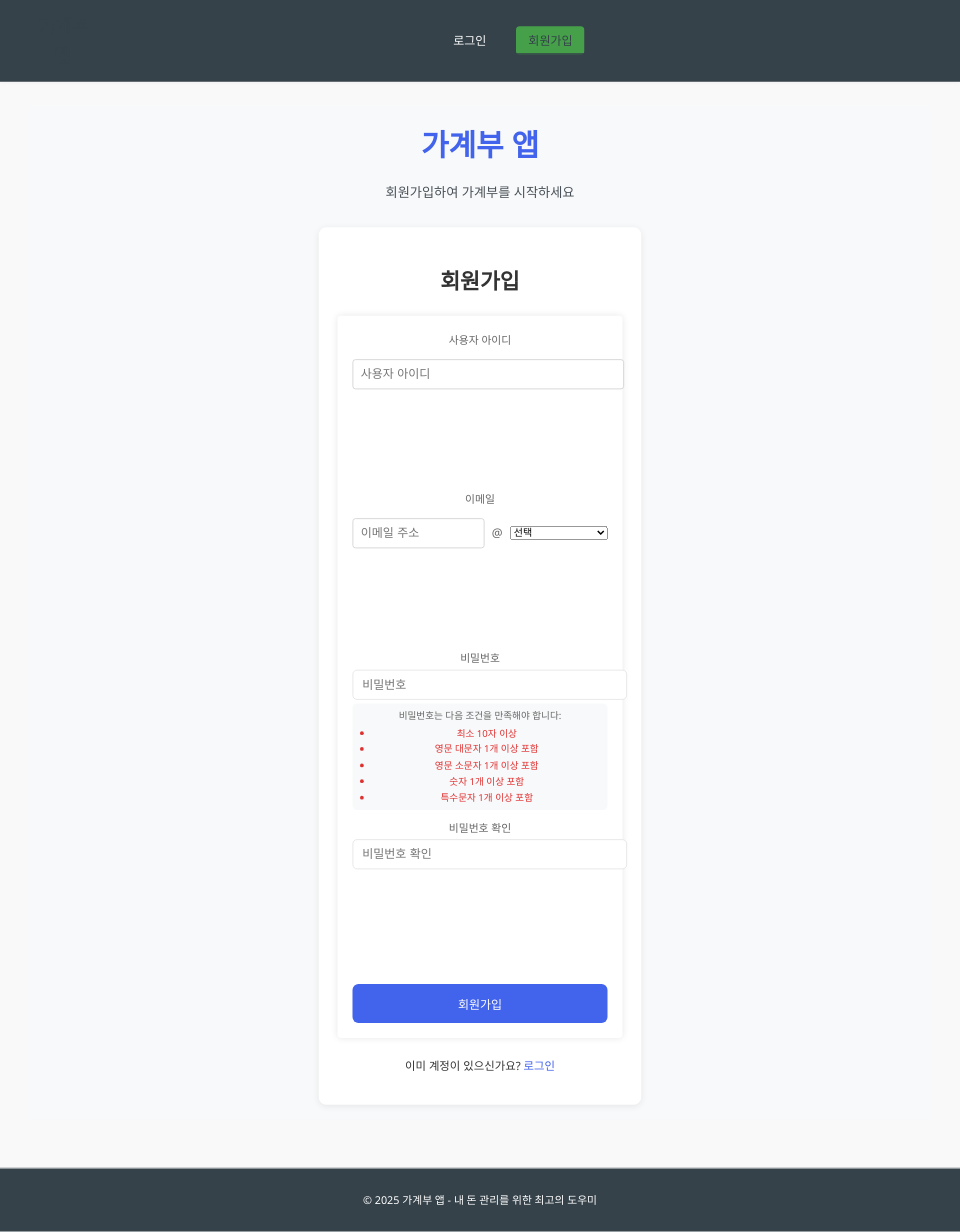
Repository: dldnwls07/Register_Login_Form
Page: /register
These files come from the project's save history. The page is drawn as it stood at one moment and after the next save; the edit follows.
The browser window is 1280 px wide. The pictures show the whole page, at 75% of full size.
The project was rebuilt for these pictures with package versions that can differ from the ones it lists, and the page was loaded fresh each time. Also part of the build but not shown: src/components/Summary.jsx, src/styles/pages/MainPage.css, src/pages/MainPage.jsx, src/utils/categoryData.js, src/components/CategorySelector.jsx, src/components/EntryForm.jsx, src/components/EntryTable.jsx, src/components/SearchBar.jsx and 15 more.

Above is the page before, as saved 2025-05-23 14:09:50.

### public/index.html
<!DOCTYPE html>
<html lang="en">
<head>
    <meta charset="UTF-8">
    <meta name="viewport" content="width=device-width, initial-scale=1.0">
    <title>My Money App</title>
</head>
<body>
    <div id="root"></div>
</body>
</html>

### src/styles/App.css
/* Added CSS variables for theme */
:root {
  --background-light: #f9f9f9;
  --background-dark: #121212;
  --text-light: #333;
  --text-dark: #eee;
  --primary-color: #35424a;
  --accent-color: #45a049;
  --border-radius: 5px;
  --box-shadow: 0 0 10px rgba(0, 0, 0, 0.1);
}

body {
  font-family: 'Segoe UI', Tahoma, Geneva, Verdana, sans-serif;
  background-color: var(--background-light);
  color: var(--text-light);
  margin: 0;
  padding: 0;
}

.dark body {
  background-color: var(--background-dark);
  color: var(--text-dark);
}

.container {
    width: 80%;
    margin: auto;
    overflow: hidden;
}

header {
    background: #35424a;
    color: #ffffff;
    padding: 10px 0;
    text-align: center;
}

h1 {
    margin: 0;
}

form {
    background: #ffffff;
    padding: 20px;
    border-radius: 5px;
    box-shadow: 0 0 10px rgba(0, 0, 0, 0.1);
}

input[type="text"],
input[type="number"] {
    width: 100%;
    padding: 10px;
    margin: 10px 0;
    border: 1px solid #ccc;
    border-radius: 4px;
}

button {
    background: #35424a;
    color: #ffffff;
    border: none;
    padding: 10px 15px;
    border-radius: 5px;
    cursor: pointer;
}

button:hover {
    background: #45a049;
}

.table {
    width: 100%;
    margin-top: 20px;
    border-collapse: collapse;
}

.table th,
.table td {
    border: 1px solid #ddd;
    padding: 8px;
}

.table th {
    background-color: #35424a;
    color: white;
}

.summary {
    background: #ffffff;
    padding: 20px;
    border-radius: 5px;
    box-shadow: 0 0 10px rgba(0, 0, 0, 0.1);
    margin-top: 20px;
}

.pie-chart {
    margin-top: 20px;
}

/* Added media query for responsiveness */
@media (max-width: 768px) {
  .entry-form {
    flex-direction: column;
  }
}

/* 앱 레이아웃 스타일 */
.App {
  display: flex;
  flex-direction: column;
  min-height: 100vh;
}

.App-header {
  background-color: var(--primary-color);
  color: white;
  padding: 1rem 0;
  text-align: center;
}

.App-content {
  flex: 1;
  padding: 2rem;
  max-width: 1200px;
  margin: 0 auto;
  width: 100%;
}

.App-footer {
  background-color: var(--primary-color);
  color: white;
  text-align: center;
  padding: 1rem 0;
  margin-top: 2rem;
}

/* 네비게이션 스타일 */
.main-navigation {
  background-color: var(--primary-color);
  padding: 0.5rem 0;
}

.nav-links {
  display: flex;
  justify-content: center;
  gap: 1.5rem;
  padding: 0;
  margin: 0;
}

.nav-links a {
  color: white;
  text-decoration: none;
  padding: 0.5rem 1rem;
  border-radius: var(--border-radius);
  transition: background-color 0.3s;
}

.nav-links a:hover, .nav-links a.active {
  background-color: var(--accent-color);
}

/* 카드 스타일 */
.navigation-links {
  display: grid;
  grid-template-columns: repeat(auto-fit, minmax(300px, 1fr));
  gap: 2rem;
  margin-top: 2rem;
}

.nav-card {
  background-color: white;
  padding: 1.5rem;
  border-radius: var(--border-radius);
  box-shadow: var(--box-shadow);
  transition: transform 0.3s, box-shadow 0.3s;
}

.nav-card:hover {
  transform: translateY(-5px);
  box-shadow: 0 10px 20px rgba(0, 0, 0, 0.15);
}

.nav-link {
  text-decoration: none;
  color: var(--text-light);
}

/* 페이지 스타일 */
.main-page, .spending-page, .goal-page, .analysis-page {
  padding: 1rem 0;
}

.back-link {
  margin-bottom: 2rem;
}

.back-link a {
  color: var(--primary-color);
  text-decoration: none;
  display: flex;
  align-items: center;
  gap: 0.5rem;
}

.back-link a:hover {
  text-decoration: underline;
}

/* 콘텐츠 레이아웃 */
.spending-content, .goal-content, .analysis-content {
  display: grid;
  grid-template-columns: 1fr;
  gap: 2rem;
}

@media (min-width: 768px) {
  .spending-content, .goal-content, .analysis-content {
    grid-template-columns: repeat(2, 1fr);
  }
}

### src/pages/auth/RegisterPage.jsx
import React from 'react';
import { useNavigate } from 'react-router-dom';
import RegisterForm from '../../components/RegisterForm';
import '../../styles/pages/AuthPage.css';

const RegisterPage = () => {
  const navigate = useNavigate();

  const handleRegisterSuccess = () => {
    navigate('/login', {
      state: { message: '회원가입에 성공했습니다. 로그인해주세요.' }
    });
  };

  return (
    <div className="auth-page">
      <div className="auth-container">
        <h1>가계부 앱</h1>
        <p className="auth-description">회원가입하여 가계부를 시작하세요</p>
        <RegisterForm onRegisterSuccess={handleRegisterSuccess} />
      </div>
    </div>
  );
};

export default RegisterPage;

### src/components/Navigation.jsx
import React from 'react';
import { Link, useLocation } from 'react-router-dom';
import { useAuth } from '../hooks/useAuth';

const Navigation = () => {
  const location = useLocation();
  const { user } = useAuth();

  return (
    <nav className="main-navigation">
      <ul className="nav-links">
        {user ? (
          // 로그인된 사용자용 메뉴
          <>
            <li>
              <Link to="/" className={location.pathname === '/' ? 'active' : ''}>
                대시보드
              </Link>
            </li>
            <li>
              <Link to="/spending" className={location.pathname === '/spending' ? 'active' : ''}>
                지출 관리
              </Link>
            </li>
            <li>
              <Link to="/goal" className={location.pathname === '/goal' ? 'active' : ''}>
                목표 설정
              </Link>
            </li>
            <li>
              <Link to="/analysis" className={location.pathname === '/analysis' ? 'active' : ''}>
                지출 분석
              </Link>
            </li>
            <li>
              <Link to="/profile" className={location.pathname === '/profile' ? 'active' : ''}>
                프로필
              </Link>
            </li>
          </>
        ) : (
          // 로그인되지 않은 사용자용 메뉴
          <>
            <li>
              <Link to="/login" className={location.pathname === '/login' ? 'active' : ''}>
                로그인
              </Link>
            </li>
            <li>
              <Link to="/register" className={location.pathname === '/register' ? 'active' : ''}>
                회원가입
              </Link>
            </li>
          </>
        )}
      </ul>
    </nav>
  );
};

export default Navigation;

### src/styles/Common.css
/* 공통 스타일 - 네비게이션, 헤더, 푸터 등 공통 요소 디자인 */

:root {
  --primary-color: #2D7FF9;
  --accent-color: #00D1D1;
  --text-color: #333333;
  --text-light: #666666;
  --background-color: #F5F7FC;
  --card-background: #FFFFFF;
  --border-radius: 16px;
  --box-shadow: 0 2px 10px rgba(0, 0, 0, 0.05);
  --hover-shadow: 0 10px 20px rgba(0, 0, 0, 0.1);
  --transition: 0.2s ease;
}

body {
  font-family: 'Pretendard', -apple-system, BlinkMacSystemFont, system-ui, Roboto, 'Helvetica Neue', 'Segoe UI', sans-serif;
  background-color: var(--background-color);
  color: var(--text-color);
  margin: 0;
  padding: 0;
  line-height: 1.6;
}

/* 앱 레이아웃 */
.App {
  display: flex;
  flex-direction: column;
  min-height: 100vh;
}

/* 헤더 스타일 */
.App-header {
  background-color: var(--card-background);
  box-shadow: 0 1px 5px rgba(0, 0, 0, 0.03);
  padding: 1.25rem 0;
  position: sticky;
  top: 0;
  z-index: 100;
}

.header-container {
  display: flex;
  flex-direction: column;
  align-items: center;
  max-width: 1200px;
  margin: 0 auto;
  padding: 0 1.5rem;
}

@media (min-width: 768px) {
  .header-container {
    flex-direction: row;
    justify-content: space-between;
  }
}

.App-header h1 {
  font-size: 1.5rem;
  font-weight: 700;
  color: var(--primary-color);
  margin: 0;
}

/* 메인 컨텐츠 스타일 */
.App-content {
  flex: 1;
  max-width: 1200px;
  margin: 0 auto;
  width: 100%;
  padding: 2rem 1.5rem;
}

/* 푸터 스타일 */
.App-footer {
  background-color: var(--card-background);
  padding: 1.5rem 0;
  margin-top: 3rem;
  text-align: center;
  font-size: 0.9rem;
  color: var(--text-light);
  border-top: 1px solid #eaeaea;
}

/* 네비게이션 스타일 */
.main-navigation {
  width: 100%;
  display: flex;
  justify-content: center;
  margin-top: 1rem;
}

@media (min-width: 768px) {
  .main-navigation {
    margin-top: 0;
  }
}

.nav-links {
  display: flex;
  gap: 1.5rem;
  padding: 0;
  margin: 0;
  list-style: none;
}

.nav-links a {
  color: var(--text-light);
  text-decoration: none;
  font-size: 1rem;
  font-weight: 500;
  padding: 0.5rem;
  transition: color var(--transition);
  position: relative;
}

.nav-links a:before {
  content: '';
  position: absolute;
  bottom: 0;
  left: 0;
  width: 0;
  height: 2px;
  background-color: var(--primary-color);
  transition: width var(--transition);
}

.nav-links a:hover, .nav-links a.active {
  color: var(--primary-color);
}

.nav-links a:hover:before, .nav-links a.active:before {
  width: 100%;
}

### src/styles/pages/AuthPage.css
/* 인증 페이지 스타일 */
.auth-page {
  display: flex;
  justify-content: center;
  align-items: center;
  min-height: 100vh;
  background-color: #f8f9fa;
}

.auth-container {
  width: 100%;
  max-width: 500px;
  padding: 20px;
  text-align: center;
}

.auth-page h1 {
  font-size: 2.5rem;
  margin-bottom: 0.5rem;
  color: #4263eb;
  font-weight: 700;
}

.auth-description {
  font-size: 1.1rem;
  color: #495057;
  margin-bottom: 2rem;
}

/* 반응형 조정 */
@media (max-width: 576px) {
  .auth-container {
    padding: 15px;
  }

  .auth-page h1 {
    font-size: 2rem;
  }

  .auth-description {
    font-size: 1rem;
  }
}

### src/styles/components/GoalSetter.css
/* GoalSetter 컴포넌트 스타일 */
.goal-setter {
  background-color: #fff;
  border-radius: 12px;
  padding: 24px;
  box-shadow: 0 2px 8px rgba(0, 0, 0, 0.08);
  margin-bottom: 24px;
}

.goal-setter h2 {
  font-size: 1.5rem;
  margin-bottom: 20px;
  color: #333;
  font-weight: 600;
}

.goal-form {
  margin-bottom: 24px;
  display: flex;
  flex-wrap: wrap;
  gap: 16px;
}

.form-group {
  flex: 1 1 200px;
  margin-bottom: 16px;
}

.form-group label {
  display: block;
  font-size: 0.9rem;
  margin-bottom: 6px;
  color: #666;
  font-weight: 500;
}

.form-group input {
  width: 100%;
  padding: 12px 16px;
  border: 1px solid #e0e0e0;
  border-radius: 8px;
  font-size: 1rem;
  transition: border 0.2s;
}

.form-group input:focus {
  border-color: #4263eb;
  outline: none;
}

.input-with-icon {
  position: relative;
}

.input-with-icon input {
  padding-right: 40px;
}

.currency-symbol {
  position: absolute;
  right: 16px;
  top: 50%;
  transform: translateY(-50%);
  color: #888;
}

.goal-submit-button {
  background-color: #4263eb;
  color: white;
  border: none;
  border-radius: 8px;
  padding: 12px 24px;
  font-size: 1rem;
  font-weight: 500;
  cursor: pointer;
  transition: background 0.2s;
}

.goal-submit-button:hover {
  background-color: #3249b1;
}

.goal-status {
  background-color: #f8f9fa;
  border-radius: 8px;
  padding: 20px;
}

.goal-header {
  display: flex;
  justify-content: space-between;
  align-items: center;
  margin-bottom: 16px;
}

.goal-header h3 {
  font-size: 1.2rem;
  font-weight: 500;
  margin: 0;
}

.achievement-toggle {
  display: flex;
  align-items: center;
  gap: 8px;
}

/* 토글 스위치 스타일 */
.switch {
  position: relative;
  display: inline-block;
  width: 48px;
  height: 24px;
}

.switch input {
  opacity: 0;
  width: 0;
  height: 0;
}

.slider {
  position: absolute;
  cursor: pointer;
  top: 0;
  left: 0;
  right: 0;
  bottom: 0;
  background-color: #ccc;
  transition: .4s;
}

.slider:before {
  position: absolute;
  content: "";
  height: 18px;
  width: 18px;
  left: 3px;
  bottom: 3px;
  background-color: white;
  transition: .4s;
}

input:checked + .slider {
  background-color: #4263eb;
}

input:focus + .slider {
  box-shadow: 0 0 1px #4263eb;
}

input:checked + .slider:before {
  transform: translateX(24px);
}

/* 둥근 슬라이더 */
.slider.round {
  border-radius: 34px;
}

.slider.round:before {
  border-radius: 50%;
}

/* 진행바 스타일 */
.progress-bar-container {
  height: 10px;
  background-color: #e9ecef;
  border-radius: 5px;
  overflow: hidden;
  margin-bottom: 8px;
}

.progress-bar {
  height: 100%;
  background-color: #4263eb;
  border-radius: 5px;
  transition: width 0.5s ease-in-out;
}

.progress-bar.exceeded {
  background-color: #e03131;
}

.progress-details {
  display: flex;
  justify-content: space-between;
  align-items: center;
  margin-bottom: 16px;
}

.progress-percentage {
  font-weight: 600;
  color: #333;
  margin: 0;
}

.progress-numbers {
  display: flex;
  justify-content: space-between;
  width: 100%;
  color: #666;
  font-size: 0.9rem;
  margin: 8px 0 0;
}

.goal-status-message {
  padding: 12px;
  border-radius: 6px;
  margin-top: 16px;
}

.goal-status-message.remaining {
  background-color: #e6f4ea;
}

.goal-status-message.exceeded {
  background-color: #fde7e9;
}

.goal-status-message .alert {
  color: #c92a2a;
  display: flex;
  align-items: center;
  gap: 8px;
}

.goal-status-message .success {
  color: #2b8a3e;
  display: flex;
  align-items: center;
  gap: 8px;
}

.goal-status-message .icon {
  font-size: 1.2rem;
}

.no-goal-message {
  text-align: center;
  padding: 24px;
  background-color: #f8f9fa;
  border-radius: 8px;
  color: #666;
}

.no-goal-message p:first-child {
  font-size: 1.1rem;
  font-weight: 500;
  margin-bottom: 8px;
}

@media (max-width: 768px) {
  .goal-form {
    flex-direction: column;
    gap: 12px;
  }

  .goal-header {
    flex-direction: column;
    align-items: flex-start;
    gap: 12px;
  }

  .achievement-toggle {
    width: 100%;
    justify-content: flex-start;
  }
}

### src/styles/components/AuthForm.css
/* 인증 폼 스타일 (로그인/회원가입) */

.auth-form-container {
  max-width: 380px;
  margin: 0 auto;
  padding: 25px;
  background-color: #fff;
  border-radius: 10px;
  box-shadow: 0 2px 10px rgba(0, 0, 0, 0.08);
}

.auth-title {
  font-size: 1.8rem;
  margin-bottom: 24px;
  color: #333;
  font-weight: 600;
  text-align: center;
}

.auth-form {
  display: flex;
  flex-direction: column;
  gap: 10px;
}

.form-group {
  display: flex;
  flex-direction: column;
  margin-bottom: 2px;
}

.form-group label {
  font-size: 0.9rem;
  margin-bottom: 4px;
  color: #666;
  font-weight: 500;
}

.form-group input {
  padding: 10px 12px;
  border: 1px solid #e0e0e0;
  border-radius: 6px;
  font-size: 1rem;
  transition: border 0.2s;
}

.form-group input:focus {
  border-color: #4263eb;
  outline: none;
  box-shadow: 0 0 0 2px rgba(66, 99, 235, 0.1);
}

.form-group input[disabled] {
  background-color: #f8f9fa;
  cursor: not-allowed;
}

.input-error {
  color: #e03131;
  font-size: 0.85rem;
  margin-top: 6px;
}

.auth-button {
  background-color: #4263eb;
  color: white;
  border: none;
  border-radius: 8px;
  padding: 14px;
  font-size: 1rem;
  font-weight: 500;
  cursor: pointer;
  margin-top: 8px;
  transition: background 0.2s;
}

.auth-button:hover {
  background-color: #3249b1;
}

.auth-button:disabled {
  background-color: #adb5bd;
  cursor: not-allowed;
}

.auth-button.loading {
  position: relative;
  opacity: 0.8;
}

.auth-button.loading::after {
  content: '';
  position: absolute;
  width: 20px;
  height: 20px;
  top: 50%;
  left: 50%;
  margin-left: -10px;
  margin-top: -10px;
  border: 3px solid rgba(255, 255, 255, 0.3);
  border-radius: 50%;
  border-top-color: #fff;
  animation: spin 1s ease-in-out infinite;
}

@keyframes spin {
  to { transform: rotate(360deg); }
}

.auth-links {
  margin-top: 24px;
  text-align: center;
  font-size: 0.95rem;
}

.auth-links a {
  color: #4263eb;
  text-decoration: none;
  font-weight: 500;
}

.auth-links a:hover {
  text-decoration: underline;
}

.auth-error-message,
.auth-success-message {
  padding: 12px;
  margin-bottom: 20px;
  border-radius: 8px;
  font-size: 0.95rem;
}

.auth-error-message {
  background-color: #fff5f5;
  color: #e03131;
  border-left: 4px solid #e03131;
}

.auth-success-message {
  background-color: #f4fce3;
  color: #2b8a3e;
  border-left: 4px solid #2b8a3e;
}

/* 비밀번호 강도 표시 스타일 */
.password-strength {
  margin-top: 3px;
  margin-bottom: 5px;
}

.strength-meter {
  height: 3px;
  background-color: #e0e0e0;
  border-radius: 2px;
  margin-bottom: 3px;
  position: relative;
  overflow: hidden;
}

.strength-bar {
  height: 100%;
  border-radius: 2px;
  transition: width 0.3s ease;
}

.strength-bar.strength-매우\ 약함 {
  background-color: #ff4d4d;
}

.strength-bar.strength-약함 {
  background-color: #ffa64d;
}

.strength-bar.strength-중간 {
  background-color: #ffdd4d;
}

.strength-bar.strength-강함 {
  background-color: #4cd964;
}

.strength-text {
  font-size: 12px;
  display: block;
}

.strength-text.strength-매우\ 약함 {
  color: #ff4d4d;
}

.strength-text.strength-약함 {
  color: #ffa64d;
}

.strength-text.strength-중간 {
  color: #8a8a8a;
}

.strength-text.strength-강함 {
  color: #4cd964;
}

/* 새로 추가된 스타일 */
.email-group {
  display: flex;
  align-items: center;
  gap: 5px;
}

.email-prefix {
  flex: 1;
}

.email-at {
  margin: 0 5px;
  color: #666;
}

.email-domain {
  width: 130px;
}

.custom-domain {
  margin-top: 10px;
}

.custom-domain input {
  width: 100%;
}

.password-input-container {
  position: relative;
  display: flex;
  align-items: center;
}

.password-input-container input {
  width: 100%;
}

.toggle-password-btn {
  position: absolute;
  right: 10px;
  top: 50%;
  transform: translateY(-50%);
  background: none;
  border: none;
  color: #666;
  font-size: 0.85rem;
  cursor: pointer;
  padding: 3px 6px;
  border-radius: 3px;
}

.toggle-password-btn:hover {
  background-color: #f1f3f5;
}

.input-error-field {
  border-color: #e03131 !important;
}

.password-policy {
  font-size: 0.8rem;
  color: #666;
  margin-top: 5px;
  padding: 6px 8px;
  background-color: #f8f9fa;
  border-radius: 6px;
}

.password-policy p {
  margin-top: 0;
  margin-bottom: 3px;
  font-weight: 500;
}

.password-policy ul {
  margin: 0;
  padding-left: 18px;
}

.password-policy li {
  margin-bottom: 1px;
}

.password-policy li.met {
  color: #2b8a3e;
}

.password-policy li.not-met {
  color: #e03131;
}

.form-options {
  display: flex;
  justify-content: space-between;
  align-items: center;
  margin: 15px 0;
  font-size: 0.9rem;
}

.remember-me {
  display: flex;
  align-items: center;
}

.remember-me input[type="checkbox"] {
  margin-right: 5px;
}

.forgot-password-link {
  color: #5c7cfa;
  text-decoration: none;
}

.forgot-password-link:hover {
  text-decoration: underline;
}

.auth-warning-message {
  margin-top: 12px;
  padding: 8px;
  border-radius: 6px;
  background-color: #fff9db;
  color: #f08c00;
  font-size: 0.85rem;
  border-left: 3px solid #f08c00;
}

/* 반응형 */
@media (max-width: 480px) {
  .auth-form-container {
    padding: 20px;
    border-radius: 8px;
  }

  .auth-title {
    font-size: 1.5rem;
    margin-bottom: 20px;
  }
}

Loaded but not shown: src/utils/authService.js (592 lines, source omitted); src/utils/authUtils.js (248 lines, source omitted); src/utils/browserDBService2.js (196 lines, source omitted); src/utils/cryptoUtils.js (175 lines, source omitted); src/utils/browserDBService.js (137 lines, source omitted); src/utils/browserDBService3.js (78 lines, source omitted); src/utils/storageKeys.js (68 lines, source omitted); src/utils/localStorageUtil.js (43 lines, source omitted); src/utils/dbServiceWrapper.js (25 lines, source omitted); src/index.js (12 lines, source omitted); src/hooks/useAuth.js (14 lines, source omitted); src/components/RegisterForm.jsx (345 lines, source omitted); src/App.jsx (208 lines, source omitted); src/styles/pages/ProfilePage.css (373 lines, source omitted); src/context/AuthContext.jsx (170 lines, source omitted)

After the next save:
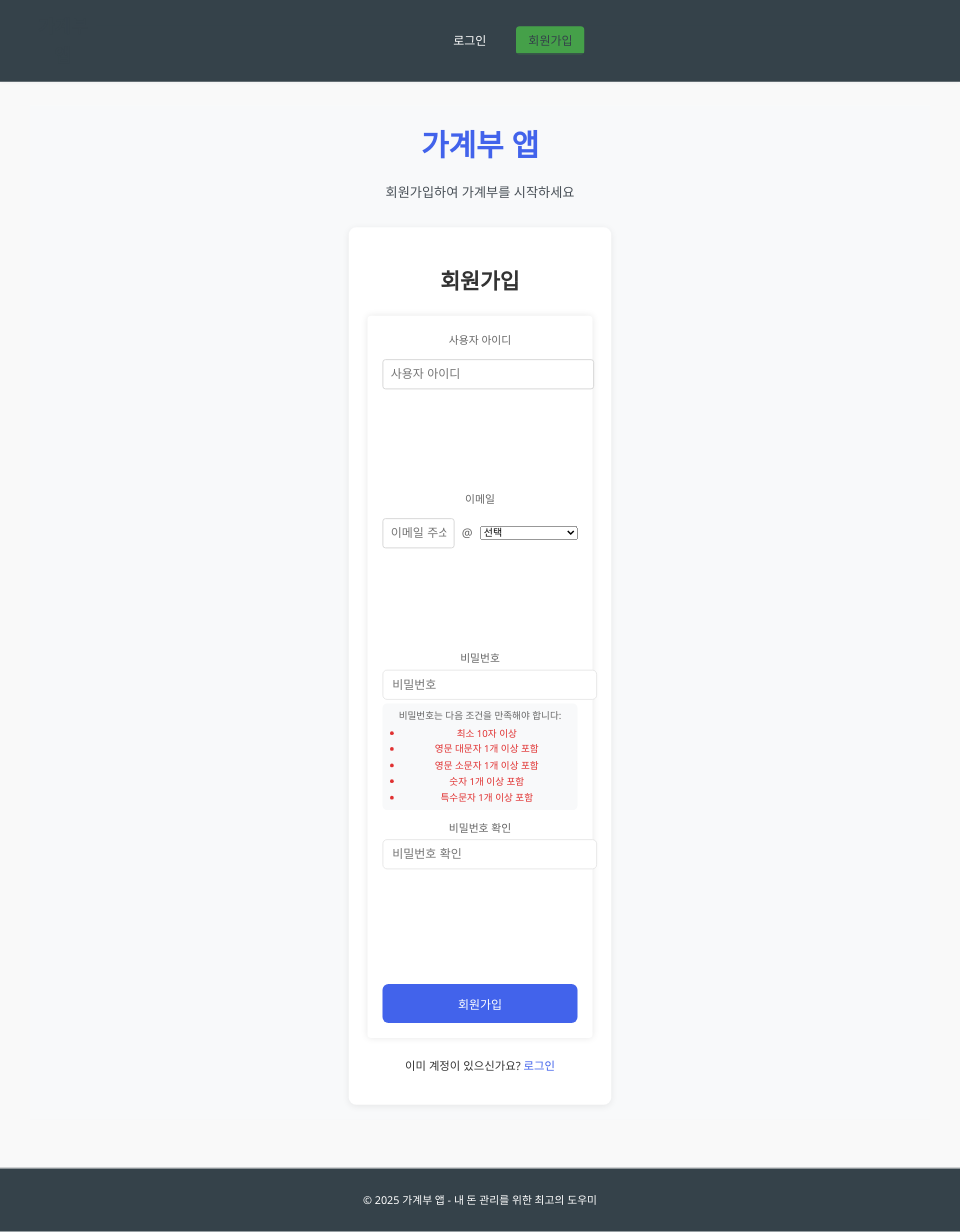
Saved 63 s later.
--- a/src/styles/components/AuthForm.css
+++ b/src/styles/components/AuthForm.css
@@ -1,7 +1,7 @@
 /* 인증 폼 스타일 (로그인/회원가입) */
 
 .auth-form-container {
-  max-width: 380px;
+  max-width: 300px;
   margin: 0 auto;
   padding: 25px;
   background-color: #fff;
